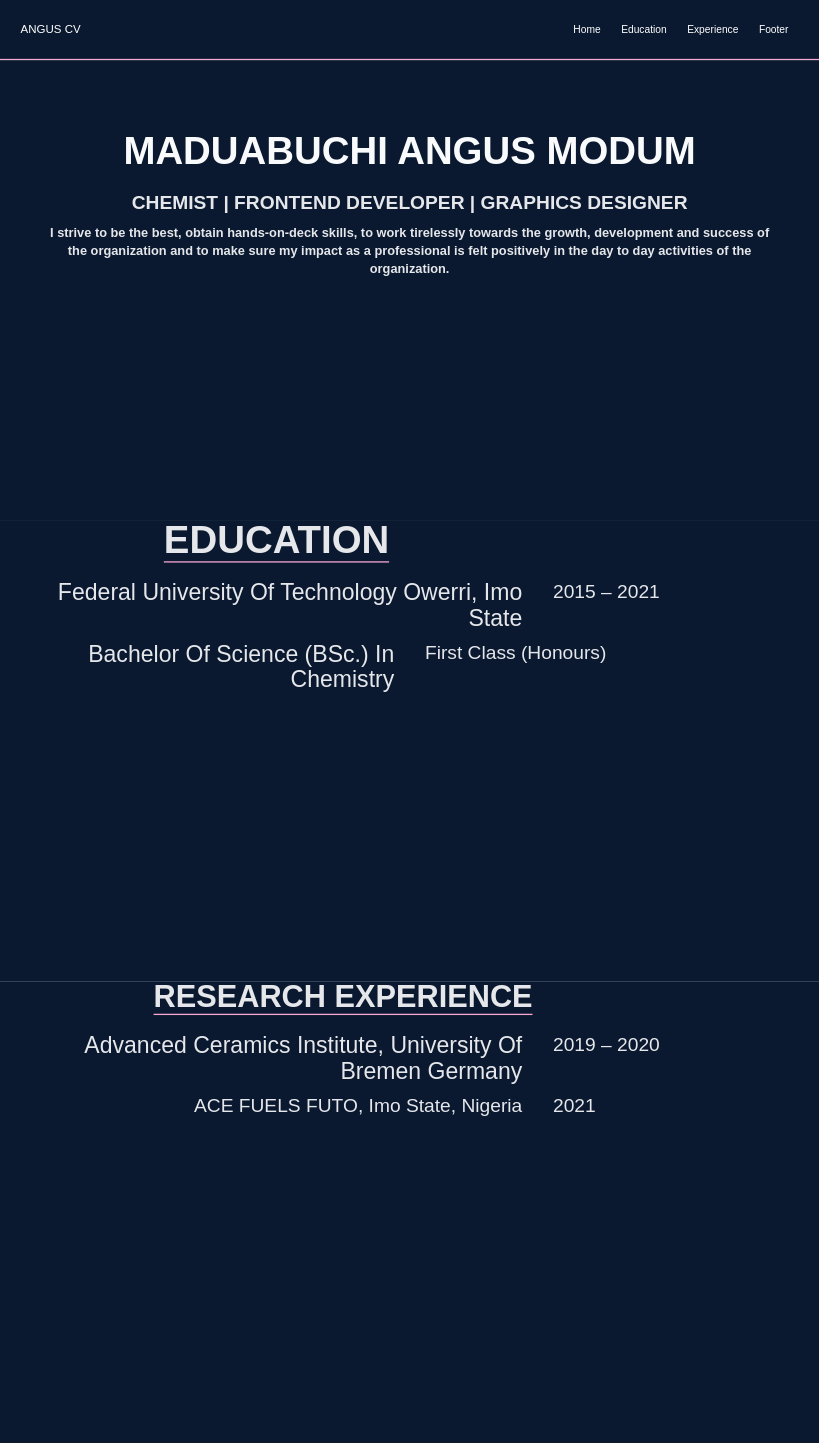
Repository: AngusOnyebuchi/AngusOnyebuchi.github.io
Page: /
These files come from the project's save history. The page is drawn as it stood at one moment and after the next save; the edit follows.
The browser window is 1280 px wide. The pictures show the whole page, at 64% of full size.
The project was rebuilt for these pictures with package versions that can differ from the ones it lists, and the page was loaded fresh each time.

Above is the page before, as saved 2022-04-17 20:21:33.

After the next save:
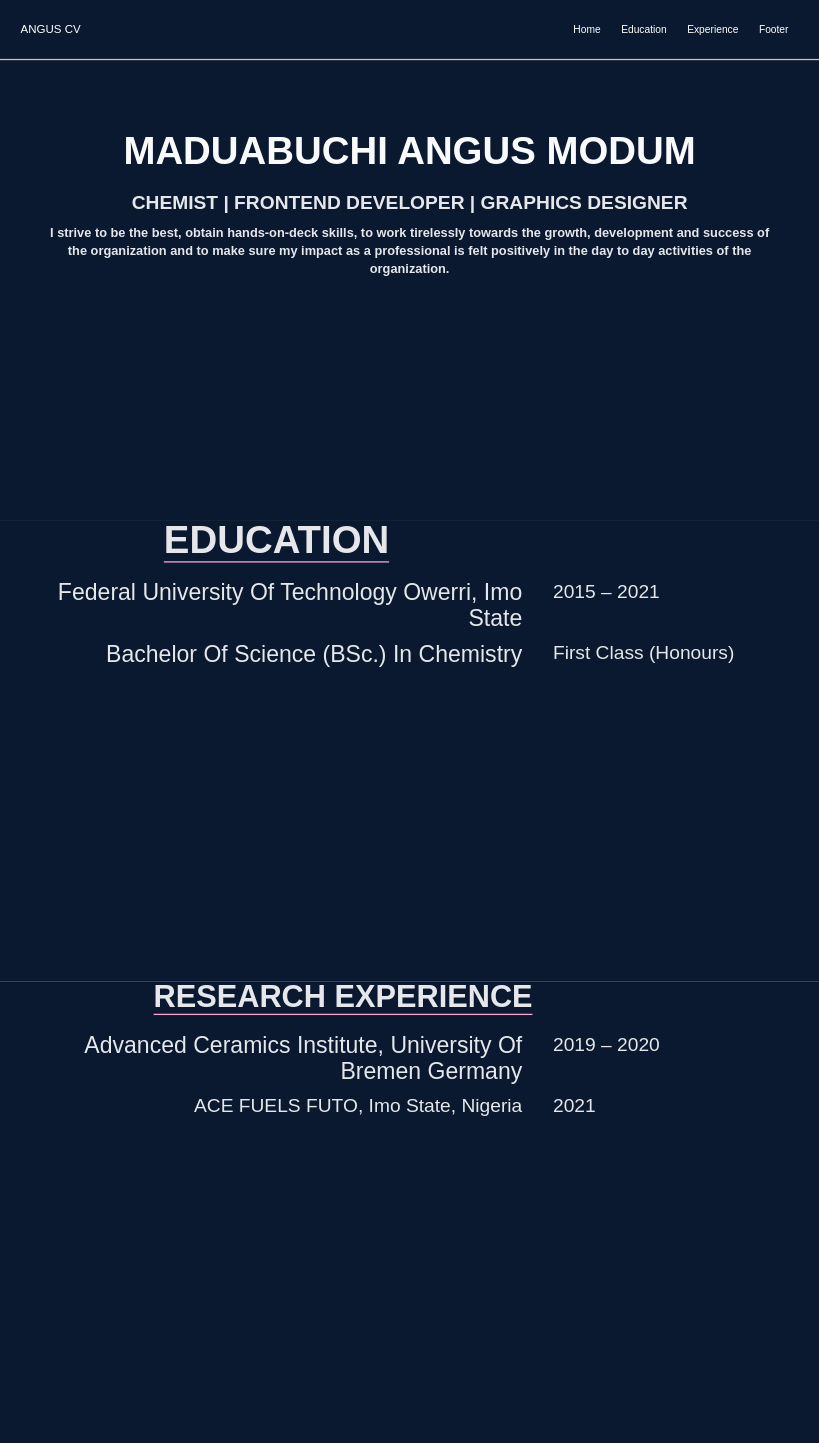
Saved 50 s later.
--- a/src/components/Education.js
+++ b/src/components/Education.js
@@ -8,8 +8,8 @@ export default function Education() {
                 <h3 className="capitalize text-xl md:text-4xl text-right col-span-2">Federal university of technology owerri, Imo state</h3>
                 <h4 className="text-lg md:text-3xl ">2015 – 2021</h4>
             </div>
-            <div className="grid grid-cols-2 gap-12 mx-16 pt-4">
-                <h3 className="capitalize text-xl md:text-4xl text-right">Bachelor of Science (BSc.) in Chemistry</h3>
+            <div className="grid grid-cols-3 gap-12 mx-16 pt-4">
+                <h3 className="capitalize text-xl md:text-4xl text-right col-span-2">Bachelor of Science (BSc.) in Chemistry</h3>
                 <h4 className="text-lg md:text-3xl ">First Class (Honours)</h4>
             </div>
         </div>
